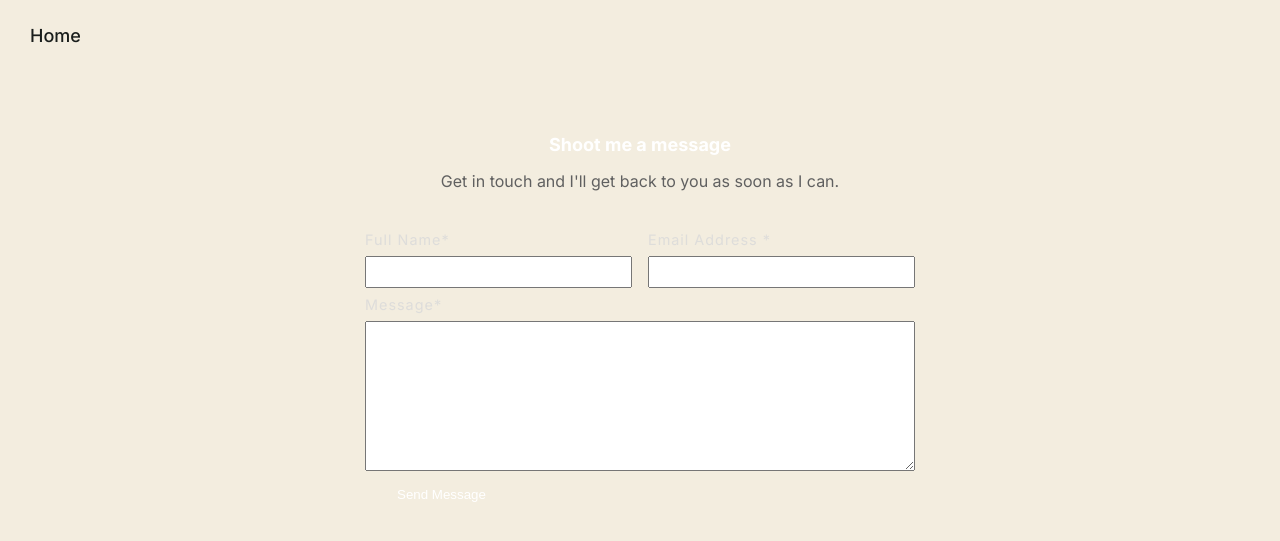
Repository: David-Waite/David-Waite-Portfolio
Page: /contact
An editor plug-in stored every save of this project. The page is shown before and after the next save, followed by the edit.
The browser window is 1280 px wide. The pictures show the whole page.
The project was rebuilt for these pictures with package versions that can differ from the ones it lists, and the page was loaded fresh each time. The framework's server and built-in components were replaced by stand-ins that run in the browser. Also part of the build but not shown: next.config.js, app/components/Nav/NavButton/navButton.module.css, app/components/Nav/NavButton/NavButton.tsx.

Above is the page before, as saved 2023-07-26 20:02:35.

### app/layout.tsx
import "./globals.css";
import type { Metadata } from "next";
import { Inter } from "next/font/google";
import Link from "next/link";
import NavBar from "./components/Nav/NavBar/NavBar";

const inter = Inter({ subsets: ["latin"] });

export const metadata: Metadata = {
  title: "Create Next App",
  description: "Generated by create next app",
};

export default function RootLayout({
  children,
}: {
  children: React.ReactNode;
}) {
  return (
    <html lang="en">
      <body className={inter.className}>
        <NavBar />
        {children}
      </body>
    </html>
  );
}

### app/contact/page.tsx
import { Metadata, NextPage } from "next/types";
import { Contact } from "../components/Contact/contact";

export const metadata: Metadata = {
  title: "David Waite | Contact ",
};

const ContactPage: NextPage = () => {
  return <Contact />;
};

export default ContactPage;

### app/contact/send/route.ts
import mail from "@sendgrid/mail";
import { NextResponse } from "next/server";

// Create an api key in sendgrid and store someplace safe
mail.setApiKey(process.env.SENDGRID_API_KEY || "");

type ResponseData = {
  status?: string;
  message?: string;
};

export async function POST(request: Request) {
  let response: ResponseData = {};
  const body = await request.json();
  // I know the formData I sent in my request has name, email, and message fields so I'm just manually grabbing them to format a message
  const message = `
    Name: ${body.name}\r\n
    Email: ${body.email}\r\n
    Message: ${body.message}

  `;
  const data = {
    to: "davidwaite122@gmail.com",
    from: "davidwaiteportfolio@zohomail.com.au",
    subject: "Contact Message via Sendgrid",
    text: message,
    html: message.replace(/\r\n/g, "<br>"),
  };

  // Send the data and create a response object. I'm using status and message to display a success or fail notification in the UI
  await mail
    .send(data)
    .then(() => {
      response = {
        status: "success",
        message: "Your message was sent. I'll be in contact shortly.",
      };
    })
    .catch((error) => {
      response = {
        status: "error",
        message: `Message failed to send with error, ${error}`,
      };
    });

  return NextResponse.json(response);
}

### app/globals.css
:root {
  --primary: #255b48;
  --black: #191d1b;
  --background: #f3eddf;
  --white: #ffffff;
  --grey: #606060;
}

.paragraph {
  font-size: 18px;
  font-style: normal;
  font-weight: 400;
  line-height: 25.2px;
  color: var(--black);
}

body {
  background-color: var(--background);
}

* {
  padding: 0;
  margin: 0;
  box-sizing: border-box;
}

### app/components/Nav/NavBar/NavBar.tsx
"use client";
import NavButton from "../NavButton/NavButton";
import styles from "./navBar.module.css";
import { usePathname } from "next/navigation";

import Link from "next/link";

export default function NavBar() {
  const currentRoute = usePathname();

  return (
    <nav className={styles.container}>
      <Link href={`./${currentRoute === "/" ? "about" : "/"}`}>
        {currentRoute === "/" ? "About" : "Home"}
      </Link>

      {currentRoute !== "/contact" && <NavButton />}
    </nav>
  );
}

### app/components/Contact/contact.tsx
"use client";

import { FormEvent, useState } from "react";
import styles from "./contact.module.css";
import { useSearchParams } from "next/navigation";
export const Contact = () => {
  const [message, setMessage] = useState<string>("");
  const [status, setStatus] = useState<string>("");
  const [disabled, setDisabled] = useState<boolean>(false);
  const searchParams = useSearchParams();

  const onContactFormSubmit = async (e: FormEvent<HTMLFormElement>) => {
    e.preventDefault();
    const formData: { [key: string]: string } = {};
    const elements = e.currentTarget.elements as unknown as Array<
      HTMLInputElement | HTMLTextAreaElement | HTMLButtonElement
    >;

    Array.from(elements).forEach((field) => {
      if (!field.name) return;
      formData[field.name] = field.value;
    });

    await fetch("/contact/send", {
      method: "POST",
      body: JSON.stringify(formData),
    })
      .then((res) => res.json())
      .then((res) => {
        setMessage(res.message);
        setStatus(res.status);
        setDisabled(res.message.length > 0);
      });
  };

  return (
    <div className={styles.container}>
      <h1 className={styles.heading}>Shoot me a message</h1>
      <p className={styles.tagline}>
        Get in touch and I&apos;ll get back to you as soon as I can.
      </p>

      <form onSubmit={onContactFormSubmit}>
        {message.length > 0 ? (
          <div
            className={`paragraph ${styles.alert} ${
              status ? styles.alertSuccess : styles.alertError
            }`}
          >
            <span>{message}</span>
          </div>
        ) : null}
        <div className={styles.topForm}>
          <div className={styles.inputCon}>
            <label htmlFor="name">
              <span>Full Name*</span>
            </label>
            <input
              type="text"
              name="name"
              id="name"
              required
              disabled={disabled}
            />
          </div>
          <div className={styles.inputCon}>
            <label htmlFor="email">
              <span>Email Address *</span>
            </label>
            <input
              type="email"
              name="email"
              id="email"
              required
              disabled={disabled}
            />
          </div>
        </div>

        <div className={`${styles.message} ${styles.inputCon}`}>
          <label htmlFor="message">
            <span>Message*</span>
          </label>
          <textarea
            rows={3}
            name="message"
            id="message"
            required
            disabled={disabled}
          ></textarea>
        </div>

        <button type="submit" className={styles.button} disabled={disabled}>
          Send Message
        </button>
      </form>
    </div>
  );
};

### app/components/Nav/NavBar/navBar.module.css
.container {
  display: flex;
  align-items: center;
  justify-content: space-between;
  height: 70px;
  padding: 0 30px;
}

.container a {
  color: var(--black);
  cursor: pointer;
  text-decoration: none;
  font-size: 18px;
  font-weight: 500;
}

### app/components/Contact/contact.module.css
.container {
  min-height: calc(100vh - 216px);
  display: flex;
  flex-direction: column;
  align-items: center;
  justify-content: center;
  color: var(--white);
}

.container h1 {
  color: var(--back);
  font-size: 18px;
}

.container h1 {
  margin-bottom: 16px;
}

.container p {
  text-align: center;
  margin-bottom: 40px;
  color: var(--grey);
}

.container form {
  display: flex;
  flex-direction: column;
  gap: 8px;
  position: relative;
}

.topForm {
  display: grid;
  grid-template-columns: 1fr 1fr;
  gap: 16px;
}

.inputCon {
  display: flex;
  flex-direction: column;
  gap: 8px;
}

.message textarea {
  height: 150px;
  width: 550px;
  font-size: 16px;
  padding: 8px;
}
.inputCon label {
  font-size: 14.4px;
  color: #d9d9d9d9;
  margin-bottom: 0px;
  letter-spacing: 1px;
}
.inputCon input {
  font-size: 16px;
  padding-left: 8px;
  height: 32px;
}

.inputCon select {
  height: 36px;
  font-size: 16px;
}

.container form button {
  border-radius: 3px;
  background: var(--BrandGradient);
  padding: 8px 32px;
  margin-right: auto;
  text-align: center;
  border: none;
  color: white;
  cursor: pointer;
}

.container form button:hover {
  background: linear-gradient(90deg, #a020c0 0%, #4417c9 100%);
}
.container form button p {
  margin-bottom: 0;
}

.alert {
  position: absolute;
  top: -33px;
  left: 0px;
  color: var(--white);
  font-size: 16px;
  text-align: center;

  width: 100%;
  border-radius: 3px;
}

.alertSuccess {
  background-color: green;
}

.alertError {
  background-color: red;
}

@media (max-width: 600px) {
  .container {
    padding: 10px;
  }
  .topForm {
    grid-template-columns: 1fr;
    gap: 8px;
  }
  .message textarea {
    width: calc(100vw - 38px);
  }
  .container form {
    width: 100%;
  }
}

After the next save:
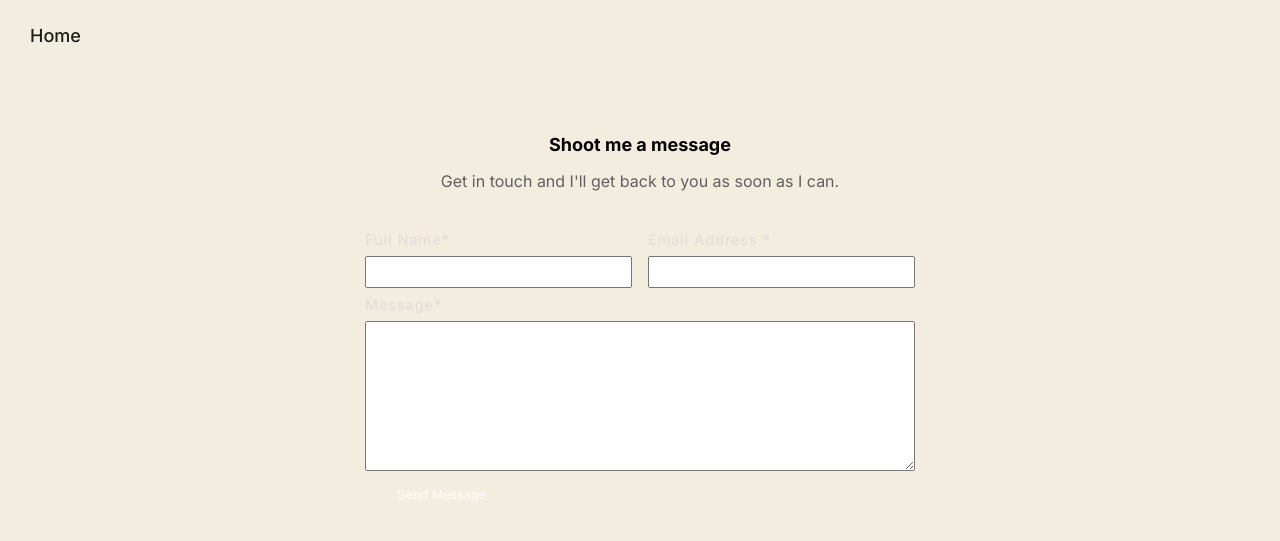
Saved 25 s later.
--- a/app/components/Contact/contact.module.css
+++ b/app/components/Contact/contact.module.css
@@ -4,7 +4,6 @@
   flex-direction: column;
   align-items: center;
   justify-content: center;
-  color: var(--white);
 }
 
 .container h1 {
